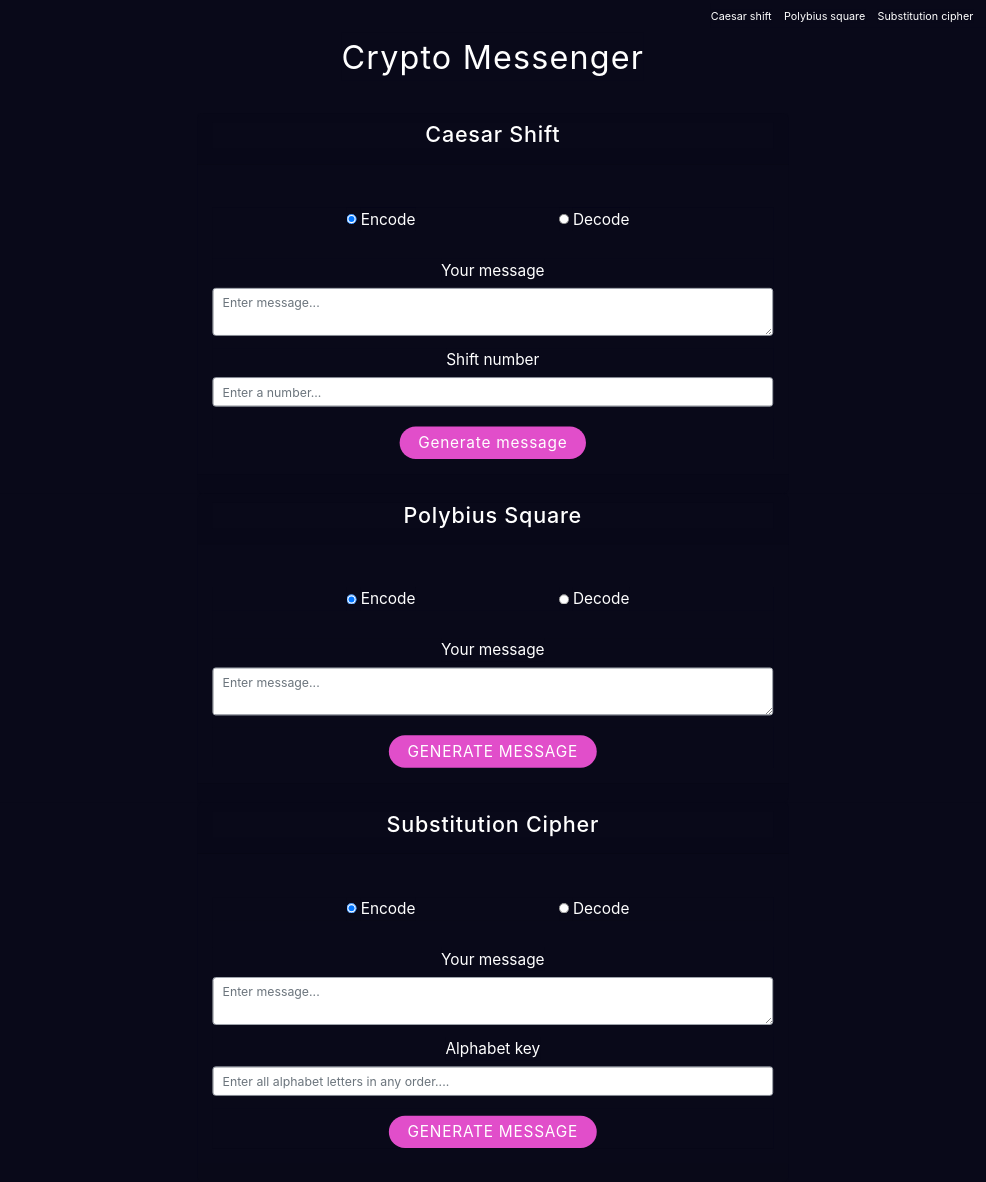
Repository: Rthompson2548/Project-Decoder-Ring
Page: index.html
An editor plug-in stored every save of this project. The page is shown before and after a run of saves, followed by the edit.
The browser window is 1280 px wide. The pictures show the whole page, at 77% of full size.

Above is the page before, as saved 2022-04-09 20:25:58.

### index.html
<!DOCTYPE html>
<html lang="en">

<head>
  <!-- Required meta tags -->
  <meta charset="utf-8" />
  <meta name="viewport" content="width=device-width, initial-scale=1, shrink-to-fit=no" />
  <link rel="icon" href="images/favicon.ico" />
  <link rel="stylesheet" type="text/css" href="index.css" />
  <link rel="stylesheet" href="https://stackpath.bootstrapcdn.com/bootstrap/4.5.2/css/bootstrap.min.css"
    integrity="sha384-JcKb8q3iqJ61gNV9KGb8thSsNjpSL0n8PARn9HuZOnIxN0hoP+VmmDGMN5t9UJ0Z" crossorigin="anonymous" />
<link rel="preconnect" href="https://fonts.googleapis.com">
<link rel="preconnect" href="https://fonts.gstatic.com" crossorigin>
<link href="https://fonts.googleapis.com/css2?family=Archivo&family=Montserrat&family=Work+Sans&display=swap"
  rel="stylesheet">
  <title>Crypto-Messenger</title>
</head>

<body>
  <header class="container-fluid border-0">
    <div class="nav-bar fixed-top">
      <div class="nav-bar">
        <a href="#caesar-shift"> <span class="nav-bar-item">
            Caesar shift
          </span> </a>
          <a href="#polybius-square"> <span class="nav-bar-item">
            Polybius square
          </span> </a>
          <a href="#substitution-cipher"> <span class="nav-bar-item">
            Substitution cipher
          </span> </a>
      </div>
    </div>
  </header>
  <main>
    <div class="header">
      <span class="page-title">
        Crypto Messenger
      </span>
      <!-- <p>Use ciphers to encode & decode messages</p> -->
      </div>

    <div class="page-content">
      <!-- Caesar Shift -->
      <section>
        <div class="language-card" id="caesar-shift">
          <div class="card-header">
            <h2 class="language-card-title">Caesar Shift</h2>
            </div>
            <div class="card-body">

            <form id="caesar">
<!-- encode/decode radio option buttons -->
              <div class="encode-decode-options">
                <!-- encode option radio button -->
                <div class="form-check form-check-inline">
                  <input class="form-check-input" type="radio" name="caesar-options" id="caesar-options-encode" value="encode" checked />

                  <label class="form-check-label" for="caesar-options-encode">
                    Encode
                  </label>

                </div>
<!-- decode option radio button -->
                <div class="form-check form-check-inline">
                  <input class="form-check-input" type="radio" name="caesar-options" id="caesar-options-decode" value="decode" />

                  <label class="form-check-label" for="caesar-options-decode">
                    Decode
                  </label>

                </div>
              </div>

              <div class="form-group">
                <label for="caesar-input">Your message</label>
                <textarea class="form-control" id="caesar-input" rows="2" placeholder="Enter message..."></textarea>
                </div>
                <div class="form-group">
                  <label for="caesar-shift">Shift number</label>
                  <input type="number" class="form-control" id="caesar-shift" placeholder="Enter a number..." />
                </div>
              <div class="submit-button-container">
                <button class="submit-button" type="submit">Generate message</button>
              </div>
            </form>
            </div>
          <div id="caesar-alert" class="alert alert-danger d-none" role="alert"> Something went wrong! Check your input
            and the shift amount and try again. </div>
          <div class="card-footer"><span class="font-weight-bold" id="caesar-output"></span> </div>
          </div>
          </section>
      <!-- Polybius -->
      <section>
        <div class="language-card" id="polybius-square">
          <div class="card-header">
            <h2 class="language-card-title">Polybius Square</h2>
            </div>
            <div class="card-body">
            <!-- <p class="language-card-description"> The Polybius Square is a cipher that is achieved by arranging a
              typical alphabet into a grid. Each letter is represented through a coordinate. For example, in the above
              table, the letter "B" would be represented by the numerical pair "21". </p> -->
            <form id="polybius">
              <div class="encode-decode-options">
                <div class="form-check form-check-inline">
                  <input class="form-check-input" type="radio" name="polybius-options" id="polybius-options-encode" value="encode"
                    checked />
                  <label class="form-check-label" for="polybius-options-encode">Encode</label>
                </div>
                <div class="form-check form-check-inline">
                  <input class="form-check-input" type="radio" name="polybius-options" id="polybius-options-decode" value="decode" />
                  <label class="form-check-label" for="polybius-options-decode">Decode</label>
                </div>
              </div>
              <div class="form-group">
                <label for="polybius-input">Your message</label>
                <textarea class="form-control" id="polybius-input" rows="2" placeholder="Enter message..."></textarea>
                </div>
              <div class="submit-button-container">
                <button class="submit-button" type="submit">GENERATE MESSAGE</button>
              </div>
            </form>
            </div>
          <div id="polybius-alert" class="alert alert-danger d-none" role="alert"> Something went wrong! Check your
            input and try again. </div>
          <div class="card-footer"><span class="font-weight-bold" id="polybius-output"></span> </div>
          </div>
          </section>
      <!-- Substitution -->
      <section id="substitution-cipher">
        <div class="language-card">
          <div class="card-header">
            <h2 class="language-card-title">Substitution Cipher</h2>
            </div>
            <div class="card-body">

            <form id="substitution">
              <div class="encode-decode-options">
                <div class="form-check form-check-inline">
                  <input class="form-check-input" type="radio" name="substitution-options" id="substitution-options-encode"
                    value="encode" checked />
                  <label class="form-check-label" for="substitution-options-encode">Encode</label>
                </div>
                <div class="form-check form-check-inline">
                  <input class="form-check-input" type="radio" name="substitution-options" id="substitution-options-decode"
                    value="decode" />
                  <label class="form-check-label" for="substitution-options-decode">Decode</label>
                </div>
              </div>
              <div class="form-group">
                <label for="substitution-input">Your message</label>
                <textarea class="form-control" id="substitution-input" rows="2" placeholder="Enter message..."></textarea>
                </div>
                <div class="form-group">
                  <label for="substitution-alphabet">Alphabet key</label>
                  <input type="text" class="form-control" id="substitution-alphabet" maxlength="26"
                    placeholder="Enter all alphabet letters in any order...." />
                </div>
              <div class="submit-button-container">
                <button class="submit-button" type="submit">GENERATE MESSAGE</button>
              </div>
            </form>
            </div>
          <div id="substitution-alert" class="alert alert-danger rounded-0 d-none" role="alert"> Something went wrong!
            Check your input and alphabet key. </div>
          <div class="card-footer border-0"><span class="font-weight-bold" id="substitution-output"></span> </div>
          </div>
          </section>
    </div>

  </main>
  <script src="./scripts/setup.js"></script>
  <script src="./src/caesar.js"></script>
  <script src="./src/polybius.js"></script>
  <script src="./src/substitution.js"></script>
  <script src="./scripts/caesar.js"></script>
  <script src="./scripts/polybius.js"></script>
  <script src="./scripts/substitution.js"></script>
</body>

</html>

### index.css
* {
  background-color: rgb(9 9 25);
  color: #fff;
  margin: 0;
  padding: 0;
}

html, body, #page {
    margin:0;
    padding:0;
    font-family: 'Montserrat', sans-serif;
}

input, textarea {
  font-size: 16px !important;
}

.page-content {
  align-items: center;
}

.page-title {
  color: #fff;
  font-size: 42px;
  font-weight: medium;
  display: flex;
  letter-spacing: 1.5px;
  justify-content: center;
  margin: 42px 0;
}

.nav-bar {
  display: flex;
  justify-content: center;
  padding: 4px 0;
}

.nav-bar-item {
  font-size: 14px;
  margin-right: 16px;
}

.header {
  display: flex;
  justify-content: center;
}

.encode-decode-options {
  display: flex;
  justify-content: space-evenly;
  margin: 36px 0;
  font-size: 15px;
}

section {
  text-align: center;
}

label {
  font-size: 20px;
}

.language-card {
  display: inline-block;
  width: 60%;
  color: #000;
  border: none;
  border-radius: 8px;
  /* margin-top: 42px; */
}

.language-card-title {
  font-size: 28px !important;
  letter-spacing: 1px;
  font-weight: light !important;
  /* margin-top: 50px; */
}

.language-card-description {
  line-height: 1.5rem;
  letter-spacing: 0.5px;
  margin-bottom: 18px;
}

.submit-button-container {
  display: flex;
  justify-content: center;
}

.submit-button {
  background-color: rgb(225 78 202);
  border: none;
  color: #fff;
  border-radius: 25px;
  padding: 6px 24px;
  margin-top: 10px;
  font-size: 20px;
  letter-spacing: 1px;
}

@media (min-width: 1000px) {

  .page-content {

  }

  .nav-bar {
    justify-content: end;
  }

  .language-card-title {
    font-size: 16px;
  }

  .language-card-description {
    font-size: 12px;
  }


}

### src/caesar.js
const caesarModule = (function() {
    function caesar(input, shift, encode = true) {
        if (!shift || shift === 0 || shift < -25 || shift > 25) return false;
        /* create a variable that takes the input value and converts it to lower case letters so that all characters have the correct ascii values */
        let word = input.toLowerCase().split("");

        /** will subtract the shift value from the word if "decode" to return the original letters of the word */
        if (!encode) shift = 0 - shift;
        // create a variable that maps each letter of the word
        const message = word.map((letter) => {
            let asciiValue = letter.charCodeAt(0) - 97;
            if (asciiValue < 0 || asciiValue > 26) return letter;

            /* add the ascii code value of the letter to the
            shift argument value to convert  it to the right
            character */
            asciiValue += shift;

            /* if the character's value is less than the 'a' value,
            add 26 to it so that it wraps around the alphabet. */
            if (asciiValue < 0) asciiValue += 26;
            asciiValue = asciiValue % 26;

            /* why do we add the ascii value to 97, which is 'a', if
            we already added it's ascii value to shift? Isn't that how
            we encode the message? */

            asciiValue += 97;

            /* user String.fromCharCode to connect the ascii
            code message back to letter values */
            return String.fromCharCode(asciiValue);
        });

        /* join each new character together to create a full word */
        return message.join("");
    }


    return {
        caesar,
    };
})();

module.exports = {
    caesar: caesarModule.caesar
};

### src/polybius.js
const polybiusModule = (function() {
    function polybius(input, encode = true) {
        /* create a variable that takes the input message, converts it all to lowercase, and use split to return an array of each letter separated by a single comma */
        const split = input.toLowerCase().split("");
        /* create an array of every letter(s) in the polybius square. This array will be separated into multiple inner arrays of letters within the array according to their row */
        const polybiusSquare = [
            ["a", "b", "c", "d", "e"],
            ["f", "g", "h", "(i/j)", "k"],
            ["l", "m", "n", "o", "p"],
            ["q", "r", "s", "t", "u"],
            ["v", "w", "x", "y", "z"],
        ];
        /* create an if statement for what to do if the inputted message should be encoded */
        if (encode) {
            /* create a variable that uses map method on the lowercase message */
            const codedMessage = split.map((letter) => {
                /* create a variable that takes each character from the inputted message array and converts it into it's unicode value. */
                const asciiLetterValue = letter.charCodeAt(0);
                /* use an if statement to return only characters between
                   lowercase 'a' and 'z' ascii values, as well as checking that
                   the character is not a space  */
                if ((asciiLetterValue < 97 || asciiLetterValue > 122) && asciiLetterValue != 32) return;
                /* run a for loop through the polybius square array */
                for (let i = 0; i < polybiusSquare.length; i++) {
                    /* run a for loop within that for loop through each inner array */
                    for (let j = 0; j < polybiusSquare[i].length; j++) {
                        if (polybiusSquare[i][j] === letter) return `${j + 1}${i + 1}`;
                        if (letter === "i" || letter === "j") return "42";
                        if (letter === " ") return " ";
                    }
                }
            });
            /* return the variable that split and lower case'd the original message argument */
            return codedMessage.join("");
        }

        /* decode */

        /* set a variable as an empty string to hold decoded message */
        let codedMessage = "";
        /* run a for loop through the message array, but increment i by 2, because each encoded character amounts to 2 number values */
        for (let i = 0; i < split.length; i += 2) {
            /* create an if statement that checks if the value in the message is a space */
            if (split[i] === " ") {
                /* if the value is true, then add a space string to the decoded message string */
                codedMessage += " ";
                /* switch incrementor to go back one "a" value in order to not include the next number in the string */
                i--;
                /* run a continue statement, which will terminate the i-1 incrementor and return back to a+=2 for the next numbers in the string*/
                continue;
            }
            if (!split[i + 1]) return false; // invalid number of characters
            codedMessage += polybiusSquare[split[i + 1] - 1][split[i] - 1];
        }
        // return the coded message

        return codedMessage;
    }

    return {
        polybius,
    };
})();

module.exports = {
    polybius: polybiusModule.polybius
};

### src/substitution.js
const substitutionModule = (function () {
/* helper function for message and both alphabet strings */
    function mapInput(message, alphabetA, alphabetB) {

        /* use the map method on the input message */
        return message.map((letter) => {
            const index = alphabetA.indexOf(letter);
            /* if statement that returns any characters that
             were not found in the string */
            if (index === -1) return letter;
            return alphabetB[index];
        });
    }

  function substitution(input, alphabet, encode = true) {
        if (!alphabet || alphabet.length != 26) return false;

        /* variable that takes the correct alphabet
        string and returns an array of the letters, separated by a comma */
        const abc = "abcdefghijklmnopqrstuvwxyz".split("");

        /* variable that takes the alphabet argument and
        returns it in lower case, separated by commas */
        const splitAlphabet = alphabet.toLowerCase().split("");

        /* variable that takes the message argument,
        and returns it converted to lower case and separated
        by commas */
        const message = input.toLowerCase().split("");

        /* use a nested for loop to compare the characters
          in the alphabet argument to check for uniqueness */
        for (let i = 0; i < splitAlphabet.length; i++) {
            for (let j = i + 1; j < splitAlphabet.length; j++) {
                if (splitAlphabet[i] === splitAlphabet[j]) return false;
            }
        }

        if (encode) return mapInput(message, abc, splitAlphabet).join("");
        return mapInput(message, splitAlphabet, abc).join("");
}

  return {
    substitution,
  };
})();

module.exports = { substitution: substitutionModule.substitution };

### scripts/caesar.js
function caesarRenderer() {

  const form = document.querySelector("#caesar");

  form.addEventListener("submit", (event) => {
    event.preventDefault();

    /** grabs input value via the textarea's id */
    const input = event.target["caesar-input"].value;

    /** direction will be either "encode" or "decode" */
    const direction = event.target["caesar-options"].value;

    /** grabs the value of the shift number input (aka the number to shift the message by) */
    const shift = event.target["caesar-shift"].value;

    /** sets the value of the shift in integer form */
    const result =
      direction === "encode"
        ? caesarModule.caesar(input, Number(shift))
        : caesarModule.caesar(input, Number(shift), false);

    const alert = document.querySelector("#caesar-alert");

    if (result) {
      alert.classList.add("d-none");
      const output = document.querySelector("#caesar-output");
      output.innerHTML = result;
    } else {
      alert.classList.remove("d-none");
    }
  });
}

document.addEventListener("DOMContentLoaded", caesarRenderer);

### scripts/polybius.js
function polybiusRenderer() {
  const form = document.querySelector("#polybius");
  form.addEventListener("submit", (event) => {
    event.preventDefault();

    const input = event.target["polybius-input"].value;
    const direction = event.target["polybius-options"].value;
    const result =
      direction === "encode"
        ? polybiusModule.polybius(input)
        : polybiusModule.polybius(input, false);

    const alert = document.querySelector("#polybius-alert");
    if (result) {
      alert.classList.add("d-none");
      const output = document.querySelector("#polybius-output");
      output.innerHTML = result;
    } else {
      alert.classList.remove("d-none");
    }
  });
}

document.addEventListener("DOMContentLoaded", polybiusRenderer);

### scripts/substitution.js
function substitutionRenderer() {
  const form = document.querySelector("#substitution");
  form.addEventListener("submit", (event) => {
    event.preventDefault();

    const input = event.target["substitution-input"].value;
    const direction = event.target["substitution-options"].value;
    const alphabet = event.target["substitution-alphabet"].value;
    const result =
      direction === "encode"
        ? substitutionModule.substitution(input, alphabet)
        : substitutionModule.substitution(input, alphabet, false);

    const alert = document.querySelector("#substitution-alert");
    if (result) {
      alert.classList.add("d-none");
      const output = document.querySelector("#substitution-output");
      output.innerHTML = result;
    } else {
      alert.classList.remove("d-none");
    }
  });
}

document.addEventListener("DOMContentLoaded", substitutionRenderer);

Loaded but not shown: scripts/setup.js (common file)

After the next 3 saves:
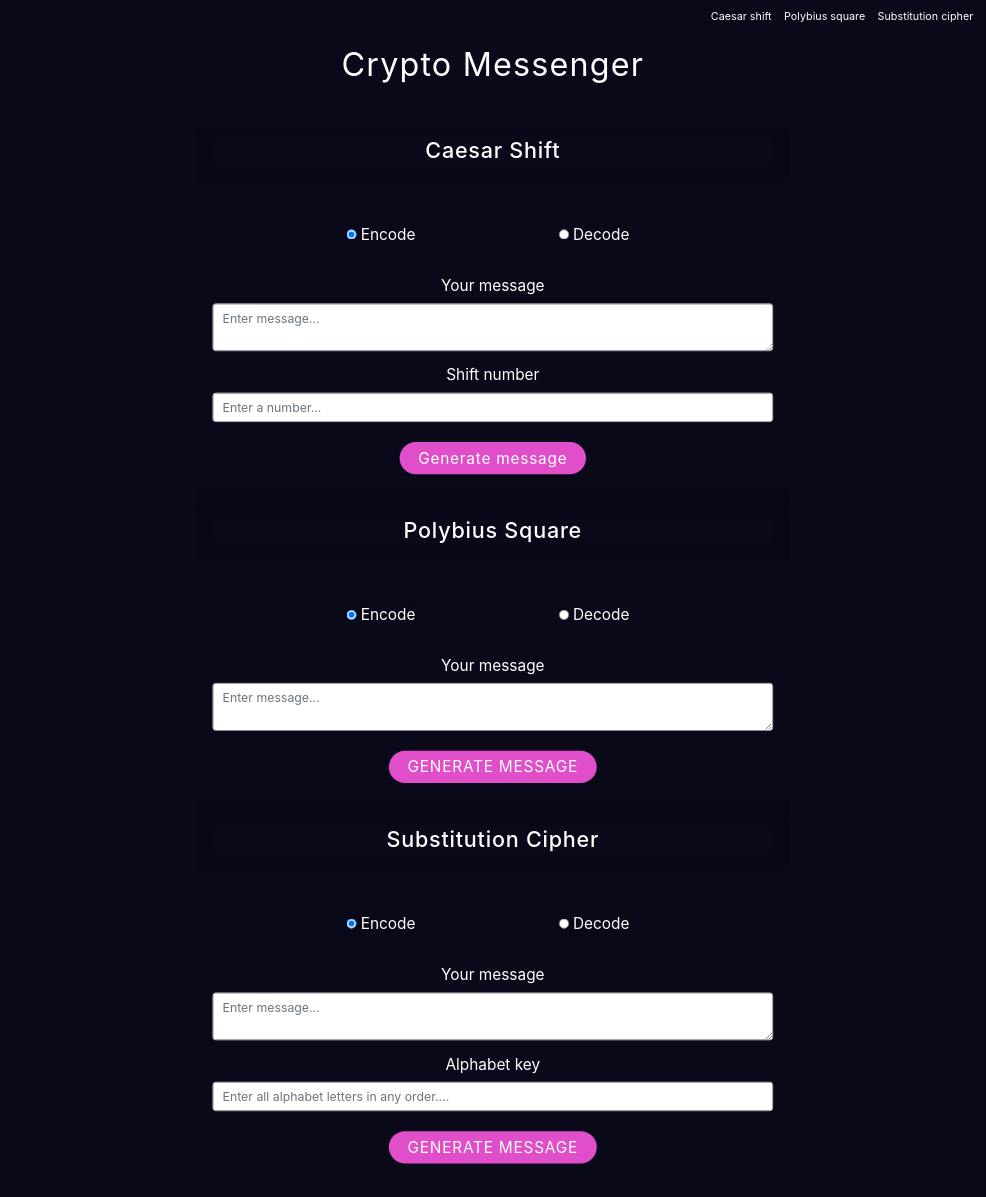
The 3 saves are shown as one change because they came seconds apart.
The last was saved 10 s later.
--- a/index.css
+++ b/index.css
@@ -26,7 +26,7 @@ input, textarea {
   display: flex;
   letter-spacing: 1.5px;
   justify-content: center;
-  margin: 42px 0;
+  margin: 52px 0;
 }
 
 .nav-bar {
